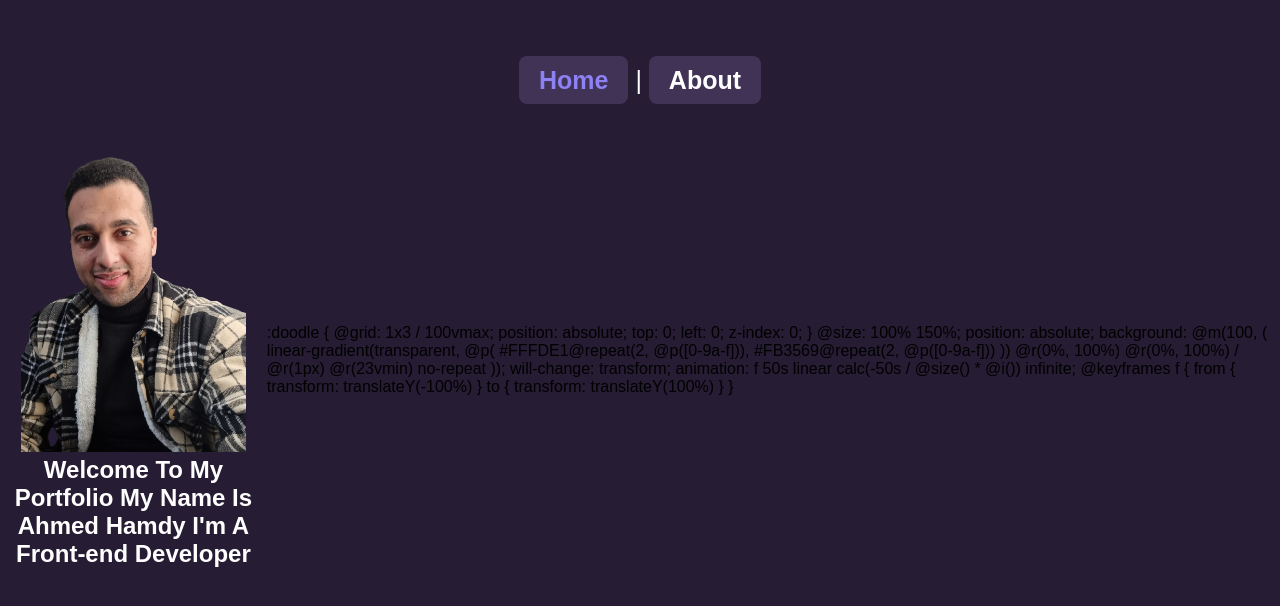
Repository: ahamdy997/portfolio
Page: /
An editor plug-in stored every save of this project. The page is shown before and after a run of saves, followed by the edit.
The browser window is 1280 px wide. The pictures show the whole page.
The project was rebuilt for these pictures with package versions that can differ from the ones it lists, and the page was loaded fresh each time. Also part of the build but not shown: vue.config.js.

Above is the page before, as saved 2023-11-05 00:46:38.

After the next 2 saves:
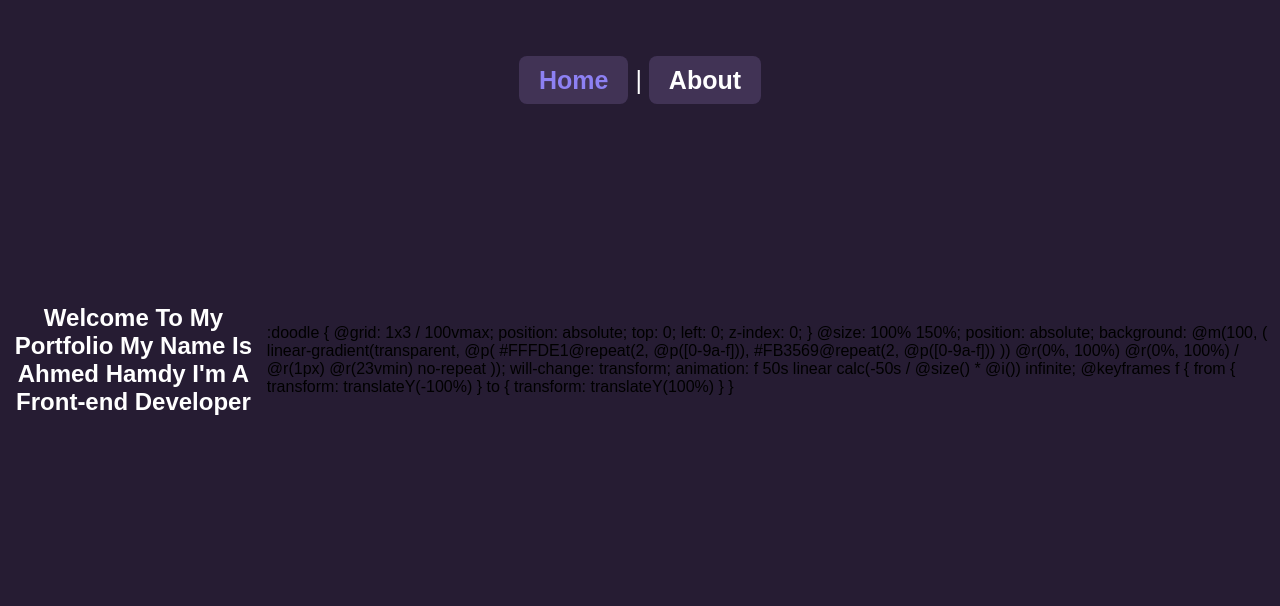
The 2 saves are shown as one change because 1 did not build or start.
The last was saved 8 min 22 s later.
--- a/src/views/HomeView.vue
+++ b/src/views/HomeView.vue
@@ -1,10 +1,5 @@
 <template>
   <div class="home">
-    <img
-      src="../assets/WhatsApp_Image_2023-11-05_at_12.44.03_AM-removebg-preview.png"
-      alt="Personal Photo"
-      height="300"
-    />
     <HelloWorld msg="Welcome to Your Vue.js App" />
   </div>
 </template>
